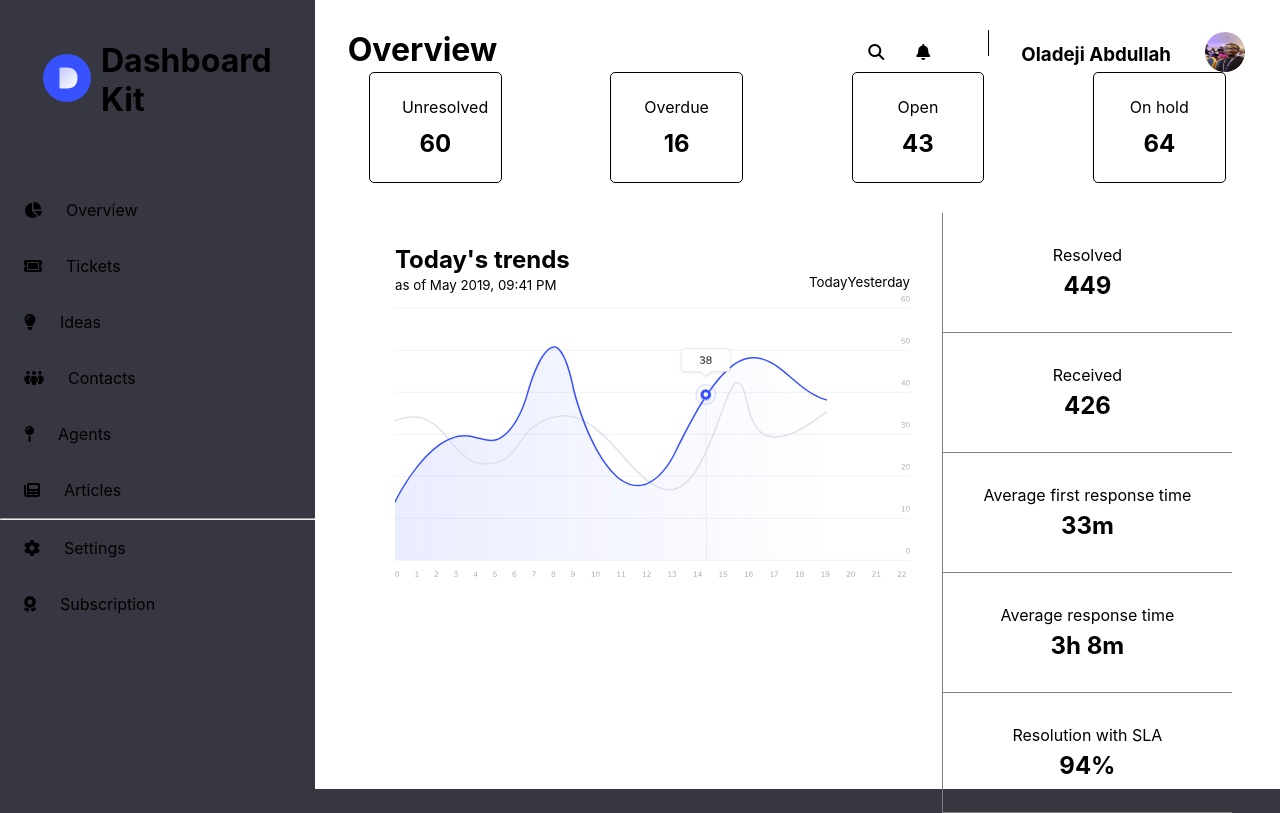
Repository: BuduCE/dashboard
Page: /
The author's editor kept a copy of each file at every save. The page is drawn from the files as they stood at one save, then again after the next save.
The browser window is 1280 px wide. The pictures show the whole page.
Some web libraries are served in a nearby version. The project was rebuilt for these pictures with package versions that can differ from the ones it lists, and the page was loaded fresh each time.

Above is the page before, as saved 2022-08-03 23:36:16.

### public/index.html
<!DOCTYPE html>
<html lang="en">
  <head>
    <meta charset="utf-8" />
    <link rel="icon" href="%PUBLIC_URL%/favicon.ico" />
    <meta name="viewport" content="width=device-width, initial-scale=1" />
    <meta name="theme-color" content="#000000" />
    <meta
      name="description"
      content="Web site created using create-react-app"
    />
    <link rel="apple-touch-icon" href="%PUBLIC_URL%/logo192.png" />
    <!--
      manifest.json provides metadata used when your web app is installed on a
      user's mobile device or desktop. See https://developers.google.com/web/fundamentals/web-app-manifest/
    -->
    <link rel="manifest" href="%PUBLIC_URL%/manifest.json" />
    <!--
      Notice the use of %PUBLIC_URL% in the tags above.
      It will be replaced with the URL of the `public` folder during the build.
      Only files inside the `public` folder can be referenced from the HTML.

      Unlike "/favicon.ico" or "favicon.ico", "%PUBLIC_URL%/favicon.ico" will
      work correctly both with client-side routing and a non-root public URL.
      Learn how to configure a non-root public URL by running `npm run build`.
    -->

    <!-- Font-Awesome  -->
    <link
      rel="stylesheet" href="https://cdnjs.cloudflare.com/ajax/libs/font-awesome/6.1.1/css/all.min.css" integrity="sha512-KfkfwYDsLkIlwQp6LFnl8zNdLGxu9YAA1QvwINks4PhcElQSvqcyVLLD9aMhXd13uQjoXtEKNosOWaZqXgel0g==" crossorigin="anonymous" referrerpolicy="no-referrer"
    />
    <title>Admin Dashboard</title>
  </head>
  <body>
    <noscript>You need to enable JavaScript to run this app.</noscript>
    <div id="root"></div>
    <!--
      This HTML file is a template.
      If you open it directly in the browser, you will see an empty page.

      You can add webfonts, meta tags, or analytics to this file.
      The build step will place the bundled scripts into the <body> tag.

      To begin the development, run `npm start` or `yarn start`.
      To create a production bundle, use `npm run build` or `yarn build`.
    -->
  </body>
</html>

### src/index.css
* {
  margin: 0;
  padding: 0;
  box-sizing: border-box;
}
body {
  margin: 0;
  font-family: -apple-system, BlinkMacSystemFont, 'Segoe UI', 'Roboto', 'Oxygen',
    'Ubuntu', 'Cantarell', 'Fira Sans', 'Droid Sans', 'Helvetica Neue',
    sans-serif;
  -webkit-font-smoothing: antialiased;
  -moz-osx-font-smoothing: grayscale;
  background: rgba(54, 55, 64, 1);
}

code {
  font-family: source-code-pro, Menlo, Monaco, Consolas, 'Courier New',
    monospace;
}

### src/App.js
import './App.css';
// import Overview from './pages/Overview';
// import Header from './components/common/Header';
import Sidenav from './components/common/SideNav';
// import Login from './pages/Login';

function App() {
  return (
    <div className="App">
      <Sidenav />
    </div>
  );
}

export default App;

### src/components/common/SideNav/index.jsx
import React from 'react'
import Overview from '../../../pages/Overview'
import Header from '../Header'
import Logo from '../Logo'
import './styles.css'

const Sidenav = () => {
  return (
    <div className='dashboard'>
        <div className="navbar">
            <div className="logo">
                <Logo />
                <h1>Dashboard Kit</h1>
            </div>
            <div className="heading">
                <i className='fas fa-chart-pie'></i>
                <p>Overview</p>
            </div>
            <div className="heading">
                <i className='fas fa-ticket'></i>
                <p>Tickets</p>
            </div>
            <div className="heading">
                <i className='fas fa-lightbulb'></i>
                <p>Ideas</p>
            </div>
            <div className="heading">
                <i className='fas fa-people-group'></i>
                <p>Contacts</p>
            </div>
            <div className="heading">
                <i className='fas fa-map-pin'></i>
                <p>Agents</p>
            </div>
            <div className="heading">
                <i className='fas fa-newspaper'></i>
                <p>Articles</p>
            </div>
            <hr />
            <div className="heading">
                <i className='fas fa-gear'></i>
                <p>Settings</p>
            </div>
            <div className="heading">
                <i className='fas fa-award'></i>
                <p>Subscription</p>
            </div>

        </div>
        <div className="info">
            <Header />
            <Overview />
        </div>
    </div>
  )
}

export default Sidenav

### src/pages/Overview/index.jsx
import React from 'react'
import './styles.css'
import TrendMap from './graph.svg'

const Overview = () => {
  return (
    <div className='overview_pg'>
        {/* Specific status */}
        <div className="overview_stat">
            <div className="overview_info">
                <p>Unresolved</p>
                <h2>60</h2>
            </div>
            <div className="overview_info">
                <p>Overdue</p>
                <h2>16</h2>
            </div>
            <div className="overview_info">
                <p>Open</p>
                <h2>43</h2>
            </div>
            <div className="overview_info">
                <p>On hold</p>
                <h2>64</h2>
            </div>
        </div>

        {/* Today's trend */}
        <div className="trends">
            <div className="trends_head">
                <div className="trends_headT">
                    <div className="trend_title">
                        <h2>Today's trends</h2>
                    </div>
                    <div className="trend_title_stat">
                        <div className="trend_date">
                            <small>as of May 2019, 09:41 PM</small>
                        </div>
                        <div className="trend_day">
                            <small>Today</small>
                            <small>Yesterday</small>
                        </div>
                    </div>
                </div>

                <div className="trends_headB">
                    <img src={TrendMap} alt="Trend Chart" />
                </div>
            </div>

            <div className="trends_summary">
                <div className="summary_type">
                    <p>Resolved</p>
                    <h2>449</h2>
                </div>
                <div className="summary_type">
                    <p>Received</p>
                    <h2>426</h2>
                </div>
                <div className="summary_type">
                    <p>Average first response time</p>
                    <h2>33m</h2>
                </div>
                <div className="summary_type">
                    <p>Average response time</p>
                    <h2>3h 8m</h2>
                </div>
                <div className="summary_type">
                    <p>Resolution with SLA</p>
                    <h2>94%</h2>
                </div>
            </div>
        </div>
    </div>
  )
}

export default Overview

### src/components/common/Header/index.jsx
import React from 'react'
import './styles.css'
import budu from './budu.jpg'

const Header = () => {
  return (
    <div className='head_er'>
        <div className="headerL">
            <h1>Overview</h1>
        </div>
        <div className="headerR">
            <i className='fas fa-magnifying-glass icon'></i>
            <i className='fas fa-bell icon bell'></i>
            <h3>Oladeji Abdullah</h3>
            <img src={budu} alt="" />
        </div>
    </div>
  )
}

export default Header

### src/components/common/Logo/index.jsx
import React from 'react'
import companyLogo from './logo.svg'

const Logo = () => {
  return (
    <div>
        <img src={companyLogo} alt="" />
    </div>
  )
}

export default Logo

### src/components/common/SideNav/styles.css
.dashboard{
    display: grid;
    grid-template-columns: 1fr 4fr;
}
.navbar{
    padding: 41px 0;
}
.logo{
    display: flex;
    padding: 43px 43px;
    padding-bottom: 63px;
    padding-top: 0;
    align-items: center;
}
.logo h1{
    margin-left: 10px;
}
.heading{
    width: 100%;
    display: flex;
    padding: 18px 24px;
    align-items: center;
}
.heading p{
    margin-left: 24px;
}
.heading:hover{
    border-left: 1px solid #fff;
    color: #fff;
}
.info{
    background: #fff;
    /* height: 100vh; */
}

### src/pages/Overview/styles.css
.overview_pg{
    margin-top: ;
}
.overview_stat{
    display: grid;
    grid-template-columns: 1fr 1fr 1fr 1fr;
    /* justify-content: space-evenly; */
    width: 100%;
}
.overview_info{
    display: flex;
    flex-direction: column;
    text-align: center;
    border: 1px solid;
    border-radius: 5px;
    padding: 24px 32px;
    background: #fff;
    box-shadow: 15px;
    width: 55%;
    margin: auto;
}
.overview_info p{
    padding-bottom: 12px;
}

/* trend  */
.trends{
    width: 90%;
    background: #fff;
    margin: auto;
    border-radius: 5px;
    height: 80vh;
    margin-top: 30px;
    display: grid;
    grid-template-columns: 2fr 1fr;
}
.trends_head{
    padding: 32px;
}
.trend_title_stat{
    display: flex;
    justify-content: space-between;
}
.trend_day{
    display: flex;
    justify-content: space-evenly;
}
.trends_headB img{
    width: 100%;
}

/* summary  */
.trends_summary{
    display: grid;
    grid-template-rows: 1fr 1fr 1fr 1fr 1fr;
}
.summary_type{
    padding: 32px;
    border-left: 1px solid grey;
    border-bottom: 1px solid grey;
    text-align: center;
}
.summary_type p{
    margin-bottom: 6px;
}

### src/components/common/Header/styles.css
.head_er{
    display: flex;
    justify-content: space-between;
    width: 100%;
    height: 10vh;
    padding: 30px 33px;
}
.headerR{
    display: flex;
    justify-content: space-between;
    /* align-items: center; */
}
.icon{
    width: 16px;
    height: 16px;
    padding: 14px 24px;
}
.bell{
    padding-right: 72px;
}
.headerR h3{
    padding: 13px 32px;
    border-left: 1px solid #000;
}
.headerR img{
    width: 44px;
    height: 44px;
    border-radius: 50%;
    border: 2px solid #fff;
}

Loaded but not shown: src/index.js (common file); src/reportWebVitals.js (common file); src/App.css (common file)

After the next save:
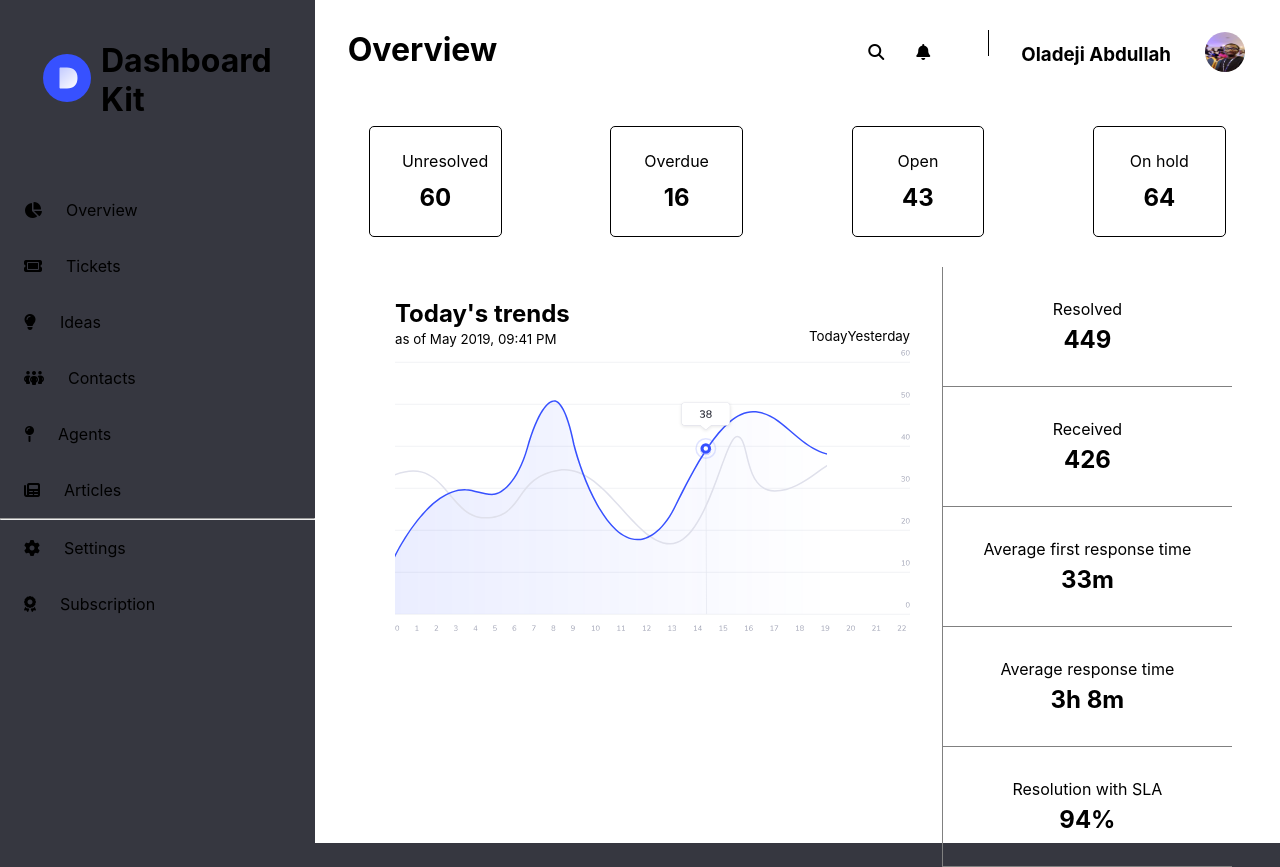
Saved 4 s later.
--- a/src/pages/Overview/styles.css
+++ b/src/pages/Overview/styles.css
@@ -1,5 +1,5 @@
 .overview_pg{
-    margin-top: ;
+    margin-top: 54px;
 }
 .overview_stat{
     display: grid;
